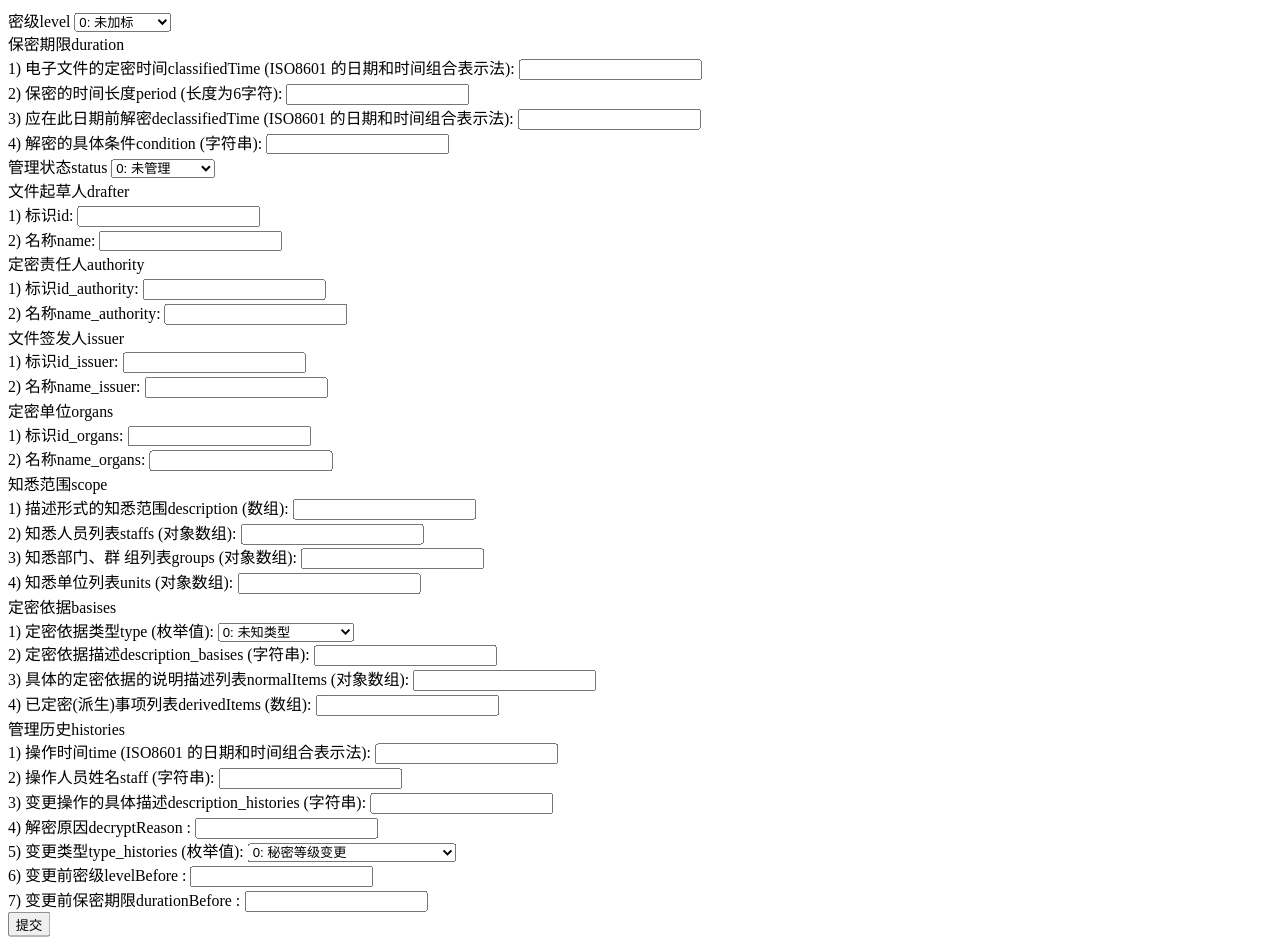
Repository: karlinglee93/eclipse-workspace
Page: jsp_test/WebContent/test.html
An editor plug-in stored every save of this project. The page is shown before and after the next save, followed by the edit.
The browser window is 1280 px wide. The pictures show the whole page, at 99% of full size.

Above is the page before, as saved 2018-07-04 08:59:01.

After the next save:
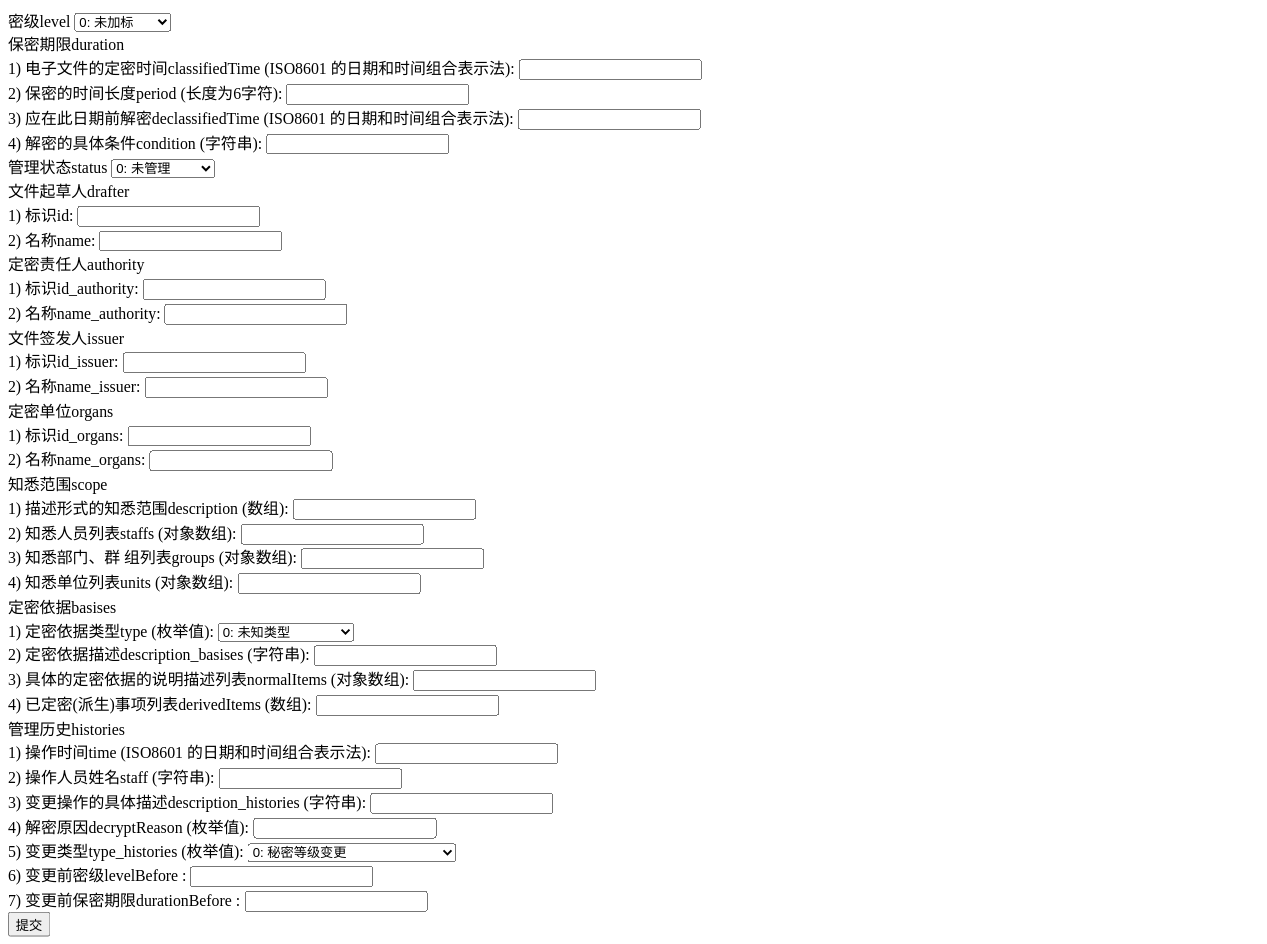
Saved 35 s later.
--- a/jsp_test/WebContent/test.html
+++ b/jsp_test/WebContent/test.html
@@ -146,7 +146,7 @@
 3) 变更操作的具体描述description_histories (字符串):
 <input type="text" name="description_histories" />
 <br />
-4) 解密原因decryptReason :
+4) 解密原因decryptReason (枚举值):
 <input type="text" name="decryptReason" />
 <br />
 5) 变更类型type_histories (枚举值):
